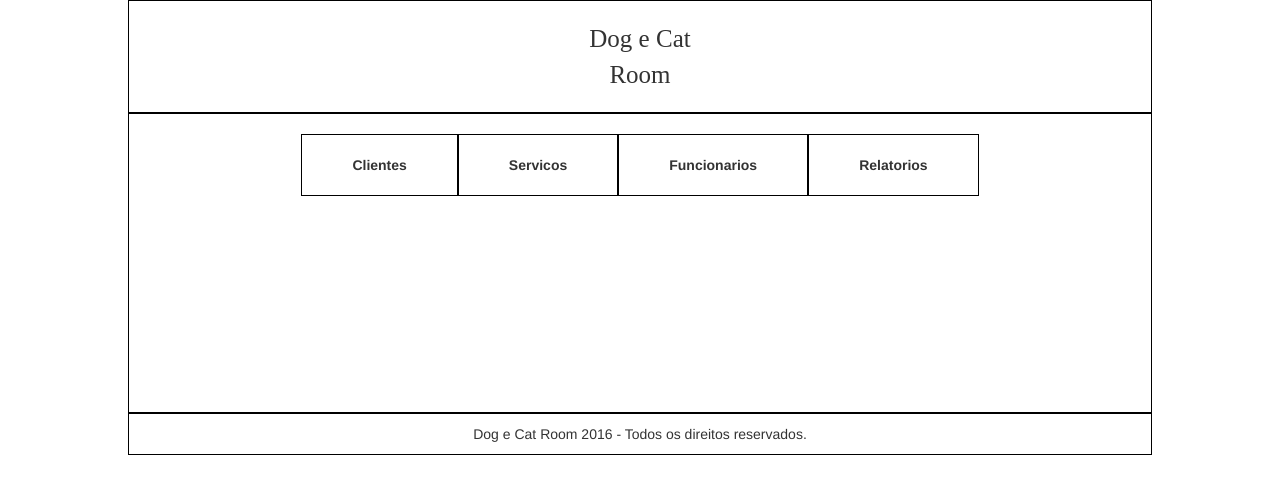
Repository: Natanzx/DogECatRoom
Page: http://localhost/DogECatRoom/principal.jsp
The author's editor kept a copy of each file at every save. The page is drawn from the files as they stood at one save, then again after the next save.
The browser window is 1280 px wide. The pictures show the whole page.
The page is served by Tomcat 9.

Above is the page before, as saved 2016-05-15 20:08:21.

After the next save:
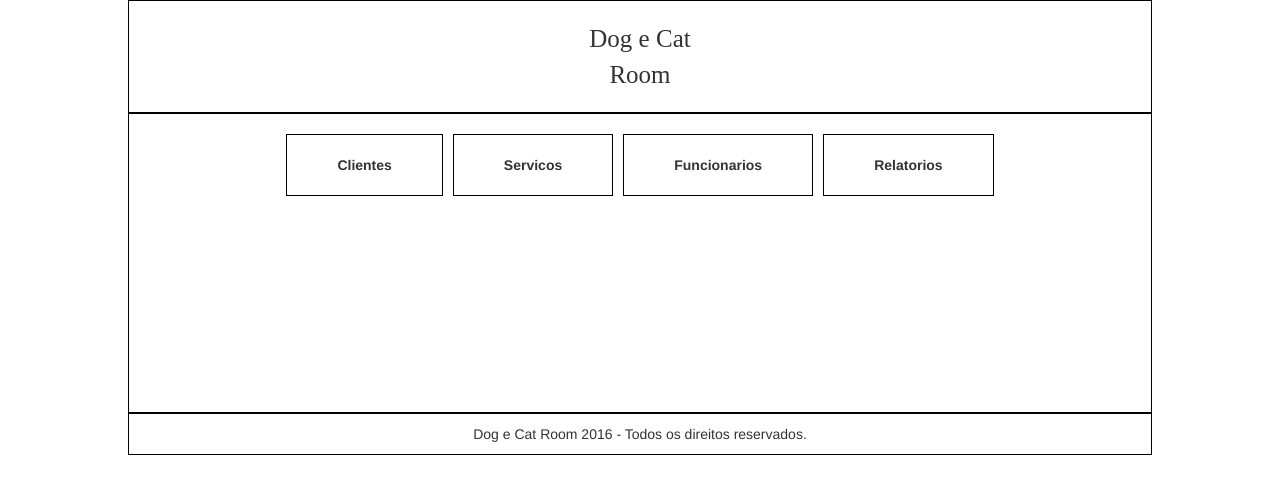
Saved 40 s later.
--- a/DogECatRoom/WebContent/bibliotecas/css/estilos.css
+++ b/DogECatRoom/WebContent/bibliotecas/css/estilos.css
@@ -39,4 +39,5 @@
 	padding				: 20px 50px;
 	float				: left;
 	font-weight			: bold;
+	margin				: 0px 5px;
 }
